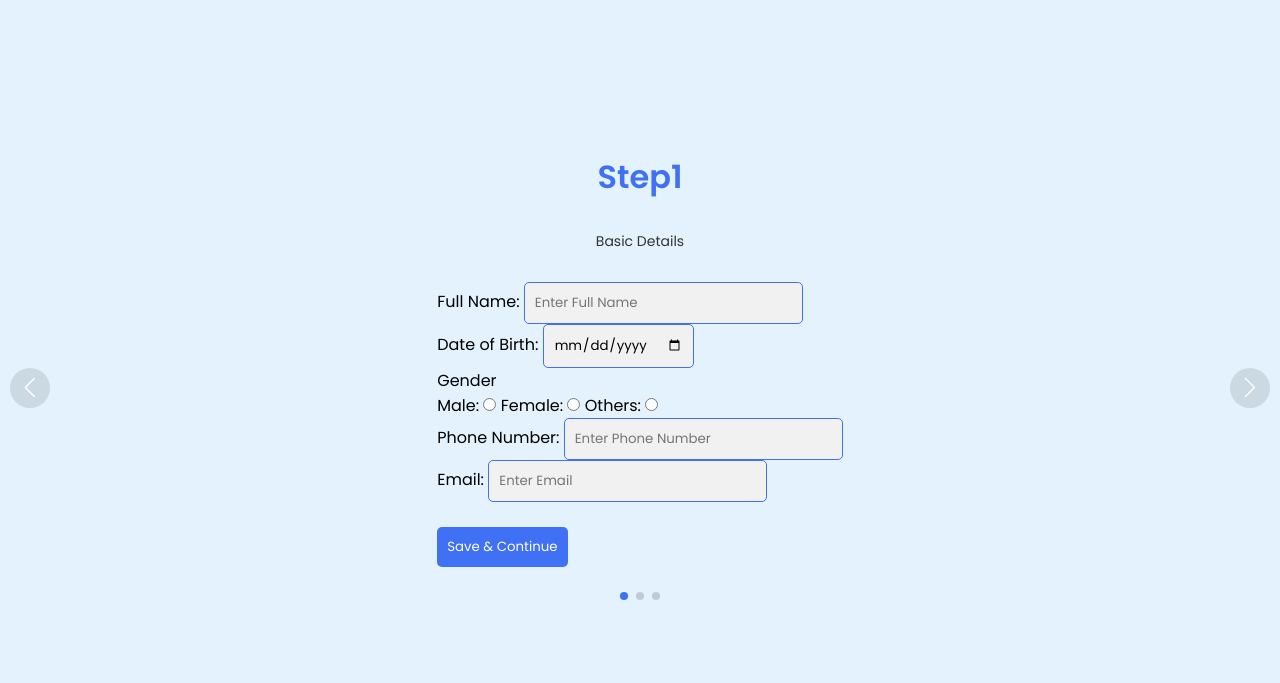
Repository: Habeebur1493/-22-multi-step-form
Page: index.html
An editor plug-in stored every save of this project. The page is shown before and after the next save, followed by the edit.
The browser window is 1280 px wide. The pictures show the whole page.

Above is the page before, as saved 2024-10-13 13:14:47.

### index.html
<!DOCTYPE html>
<html lang="en">
  <head>
    <meta charset="UTF-8" />
    <meta http-equiv="X-UA-Compatible" content="IE=edge" />
    <meta name="viewport" content="width=device-width, initial-scale=1.0" />
    <title>Responsive Testimonial Slider</title>

    <!-- Swiper CSS -->
    <link rel="stylesheet" href="css/swiper-bundle.min.css" />

    <!-- CSS -->
    <link rel="stylesheet" href="css/style.css" />

    <!-- Boxicons CSS -->
    <link
      href="https://unpkg.com/boxicons@2.1.2/css/boxicons.min.css"
      rel="stylesheet"
    />
  </head>
  <body>
    <section class="container">
      <div class="testimonial mySwiper">
        <div class="testi-content swiper-wrapper">
          <div class="slide swiper-slide">
            <h1>Step1</h1>
            <p>Basic Details</p>
            <form action="">
              Full Name:
              <input type="text" placeholder="Enter Full Name" />
              <br>
              Date of Birth:
              <input type="date" placeholder="Date of Birth" />
              <br>
              Gender
              <br>
              Male:
              <input type="radio" name="Gender:" id="">
              Female:
              <input type="radio" name="Gender:" id="">
              Others:
              <input type="radio" name="Gender:" id="">
              <br>
              Phone Number:
              <input type="number" placeholder="Enter Phone Number" />
              <br>
              Email:
              <input type="email" placeholder="Enter Email" />
              <br>
              <br>
              <button type="save">Save & Continue</button>
            </form>
          </div>
          <div class="slide swiper-slide">
            <h1>Step2</h1>
            <p>Medical Fitness</p>
           <form action="">
              Height:
              <input type="number" placeholder="Enter Height" />
              <br>
              Weight:
              <input type="number" placeholder="Enter Weight" />
              <br>
              Blood Group:
              <select name="Blood Group" id="">
                <option value="A+">A+</option>
                <option value="A-">A-</option>
                <option value="B+">B+</option>
                <option value="B-">B-</option>
                <option value="AB+">AB+</option>
                <option value="AB-">AB-</option>
                <option value="O+">O+</option>
                <option value="O-">O-</option>
              </select>
              <br>
              Eye Power:
              <input type="range" min="0" max="100" step="10" value="50"  id="slider"/>
              <br>
              <br>
              <button type="save">Save & Continue</button>
           </form>
          </div>

          <div class="slide swiper-slide">

            <h1>Step3</h1>
            <p>Personal Details</p>
            <form action="">
              Address:
              <input type="text" placeholder="Enter Address" />
              <br>
              Pincode:
              <input type="number" placeholder="Enter Pincode" />
              <br>
              State:
              <select name="State" id="">
                <option value="Tamil Nadu">Tamil Nadu</option>
                <option value="Maharastra">Maharastra</option>
                <option value="Kerala">Kerala</option>
                <option value="Andra Pradesh">Andra Pradesh</option>
                <option value="Madhya Pradesh">Madhya Pradesh</option>
                <option value="Odisa">Odisa</option>
                <option value="Telengana">Telengana</option>
                <option value="Gujarat">Gujarat</option>
                <option value="Uttar Pradesh">Uttar Pradesh</option>
                <option value="Haryana">Haryana</option>
                <option value="Punjab">Punjab</option>
                <option value="Rajasthan">Rajasthan</option>
              </select>
              <br>
              City:
              <select name="City" id="">
                <option value="Chennai">Chennai</option>
                <option value="Madurai">Madurai</option>
                <option value="Trichy">Trichy</option>
                <option value="Coimbatore">Coimbatore</option>
                <option value="Salem">Salem</option>
                <option value="Nagercoil">Nagercoil</option>
                <option value="Vellore">Vellore</option>
                <option value="Kanchipuram">Kanchipuram</option>
                <option value="Tirunelveli">Tirunelveli</option>
              </select>
              <br>
              Feedback:
              <input type="text" placeholder="Enter Feedback" />
              <br>
              <br>
              <button type="save">Save & Continue</button>
            </form>
          </div>
        </div>
        <div class="swiper-button-next nav-btn"></div>
        <div class="swiper-button-prev nav-btn"></div>
        <div class="swiper-pagination"></div>
      </div>
    </section>

    <!-- Swiper JS -->
    <script src="js/swiper-bundle.min.js"></script>

    <!-- JavaScript -->
    <script src="js/script.js"></script>
  </body>
</html>

### css/style.css
/* Google Fonts - Poppins */
@import url("https://fonts.googleapis.com/css2?family=Poppins:wght@300;400;500;600&display=swap");

* {
  margin: 0;
  padding: 0;
  box-sizing: border-box;
  font-family: "Poppins", sans-serif;
}
.container {
  height: 100vh;
  width: 100%;
  display: flex;
  align-items: center;
  justify-content: center;
  background-color: #e3f2fd;
}
.testimonial{
  position: relative;
  max-width: 1400px;
  width: 100%;
  padding: 50px 0;
  overflow: hidden;
}

.testimonial .slide {
  display: flex;
  align-items: center;
  justify-content: center;
  flex-direction: column;
  row-gap: 30px;
  height: 100%;
  width: 100%;
}
.slide p {
  text-align: center;
  padding: 0 160px;
  font-size: 14px;
  font-weight: 400;
  color: #333;
}
.slide h1 {
  font-size: 32px;
  font-weight: 600;
  color: #4070f4;
}

.slide input {
  padding: 10px;
  border-radius: 5px;
  border: 1px solid #4070f4;
  outline: none;
  background-color: #f1f1f1;
  padding: 10px;
}

.slide button {
  padding: 10px;
  border-radius: 5px;
  border: none;
  outline: none;
  background-color: #4070f4;
  color: #fff;
  cursor: pointer;
  transition: 0.3s;
}
.slide button:hover {
  background-color: #0e4bf1;
}



.slide .quote-icon {
  font-size: 30px;
  color: #4070f4;
}
.slide .details {
  display: flex;
  flex-direction: column;
  align-items: center;
}
.details .name {
  font-size: 14px;
  font-weight: 600;
  color: #333;
}
.details .job {
  font-size: 12px;
  font-weight: 400;
  color: #333;
}
/* swiper button css */
.nav-btn {
  height: 40px;
  width: 40px;
  border-radius: 50%;
  transform: translateY(30px);
  background-color: rgba(0, 0, 0, 0.1);
  transition: 0.2s;
}
.nav-btn:hover {
  background-color: rgba(0, 0, 0, 0.2);
}
.nav-btn::after,
.nav-btn::before {
  font-size: 20px;
  color: #fff;
}
.swiper-pagination-bullet {
  background-color: rgba(0, 0, 0, 0.8);
}
.swiper-pagination-bullet-active {
  background-color: #4070f4;
}
@media screen and (max-width: 768px) {
  .slide p {
    padding: 0 20px;
  }
  .nav-btn {
    display: none;
  }
}

### js/script.js
var swiper = new Swiper(".mySwiper", {
  slidesPerView: 1,
  grabCursor: true,
  loop: true,
  pagination: {
    el: ".swiper-pagination",
    clickable: true,
  },
  navigation: {
    nextEl: ".swiper-button-next",
    prevEl: ".swiper-button-prev",
  },
});

Loaded but not shown: css/swiper-bundle.min.css (library); js/swiper-bundle.min.js (library)

After the next save:
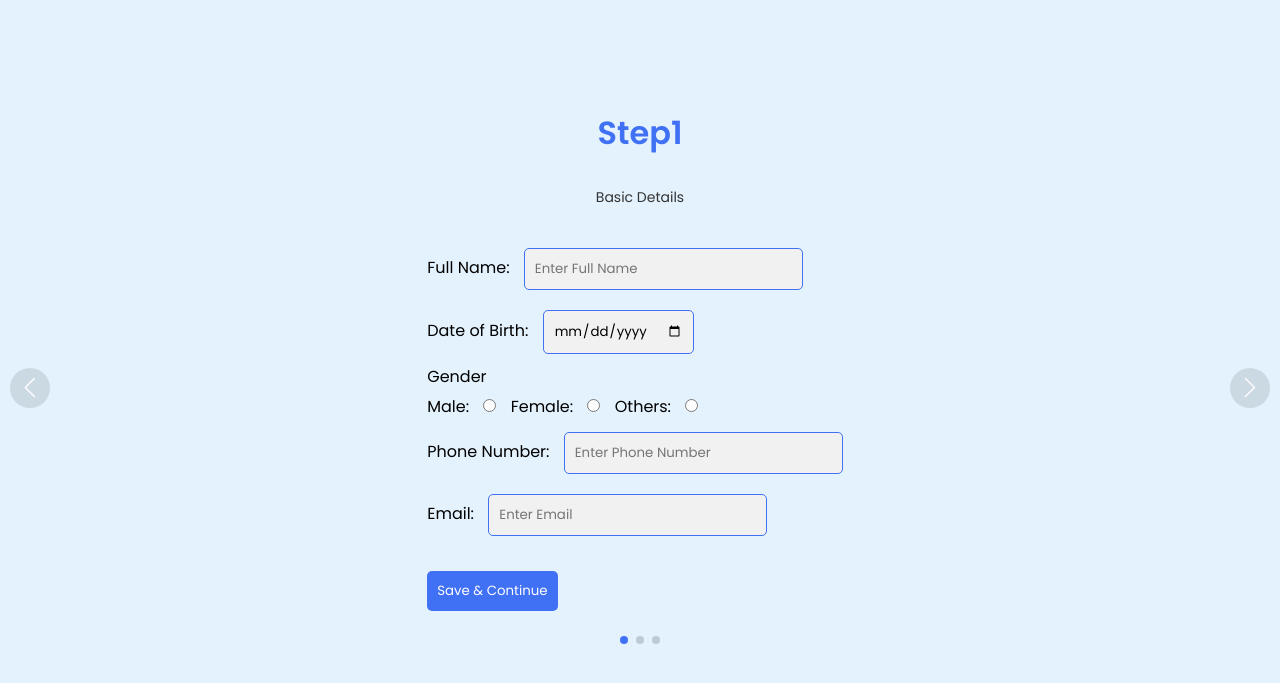
Saved 9 s later.
--- a/css/style.css
+++ b/css/style.css
@@ -51,7 +51,7 @@
   border: 1px solid #4070f4;
   outline: none;
   background-color: #f1f1f1;
-  padding: 10px;
+  margin: 10px;
 }
 
 .slide button {
